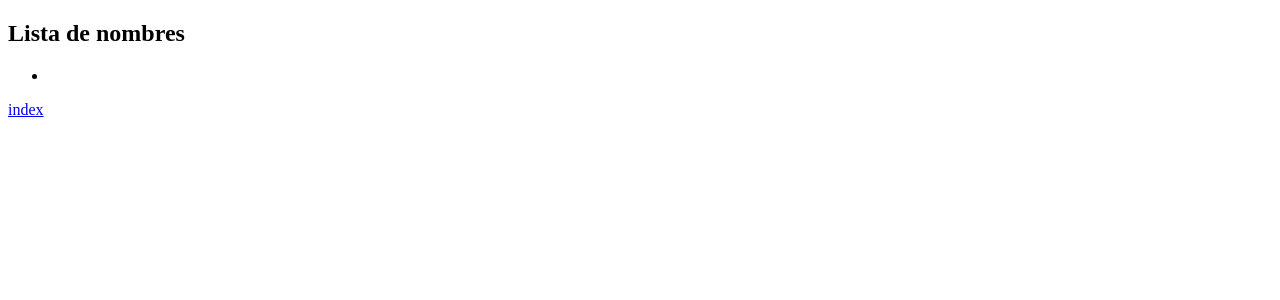
Repository: jaimedelgado/Formacion-JAVA
Page: http://localhost/demosession/Sv1
An editor plug-in stored every save of this project. The page is shown before and after the next save, followed by the edit.
The browser window is 1280 px wide. The pictures show the whole page.
The page is served by Tomcat 9. Other server files are loaded and not shown.

Above is the page before, as saved 2015-10-23 09:22:23.

### demosession/WebContent/respuesta.jsp
<%@ page language="java" contentType="text/html; charset=ISO-8859-1"  pageEncoding="ISO-8859-1"%>
<%@ taglib prefix="c" uri="http://java.sun.com/jsp/jstl/core"%>

<!DOCTYPE html PUBLIC "-//W3C//DTD HTML 4.01 Transitional//EN" "http://www.w3.org/TR/html4/loose.dtd">
<html>
<head>
<meta http-equiv="Content-Type" content="text/html; charset=ISO-8859-1">
<title>Insert title here</title>
</head>
<body>
	<h2>Lista de nombres</h2>
	<ul>
		<c:forEach items="${nombres}" var="nombre">
			<li>${nombre}</li>
		</c:forEach>
	</ul>
	<a href="index.jsp">index</a>
</body>
</html>

### demosession/src/com/jdlsoft/servlets/Sv1.java
package com.jdlsoft.servlets;

import java.io.IOException;
import java.util.ArrayList;
import java.util.List;

import javax.servlet.ServletContext;
import javax.servlet.ServletException;
import javax.servlet.annotation.WebServlet;
import javax.servlet.http.HttpServlet;
import javax.servlet.http.HttpServletRequest;
import javax.servlet.http.HttpServletResponse;
import javax.servlet.http.HttpSession;


@WebServlet("/Sv1")
public class Sv1 extends HttpServlet {
	private static final long serialVersionUID = 1L;
	//private List<String> nombres = new ArrayList<String>();

	protected void doGet(HttpServletRequest request, HttpServletResponse response) throws ServletException, IOException {
		String nombre = request.getParameter("nombre");
		System.out.println(nombre);

		HttpSession session = request.getSession();

		List<String> nombres = (List<String>) session.getAttribute("nombres");
		// Cuando la sesión sea nueva no habrá en ella ninguna lista de nombres!
		if(nombres == null){
			nombres = new ArrayList<String>();
			session.setAttribute("nombres", nombres);
		}

		ServletContext sc = request.getServletContext();
		List<String> allNames = (List<String>) sc.getAttribute("allNames");
		if(allNames == null){
			allNames = new ArrayList<String>();
			sc.setAttribute("allNames", allNames);
		}

		nombres.add(nombre);
		request.setAttribute("nombres", nombres);
		request.getRequestDispatcher("respuesta.jsp").forward(request, response);;
	}

}

After the next save:
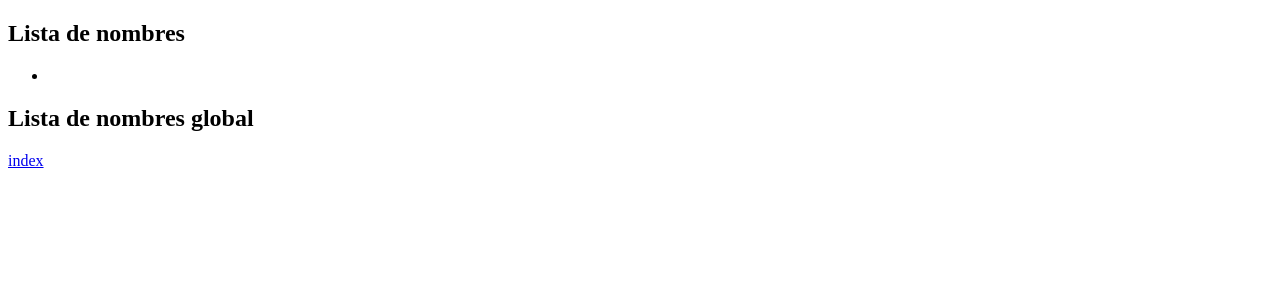
Saved 118 s later.
--- a/demosession/WebContent/respuesta.jsp
+++ b/demosession/WebContent/respuesta.jsp
@@ -14,6 +14,13 @@
 			<li>${nombre}</li>
 		</c:forEach>
 	</ul>
+
+	<h2>Lista de nombres global</h2>
+	<ul>
+		<c:forEach items="${allNames}" var="nombre">
+			<li>${nombre}</li>
+		</c:forEach>
+	</ul>
 	<a href="index.jsp">index</a>
 </body>
 </html>
